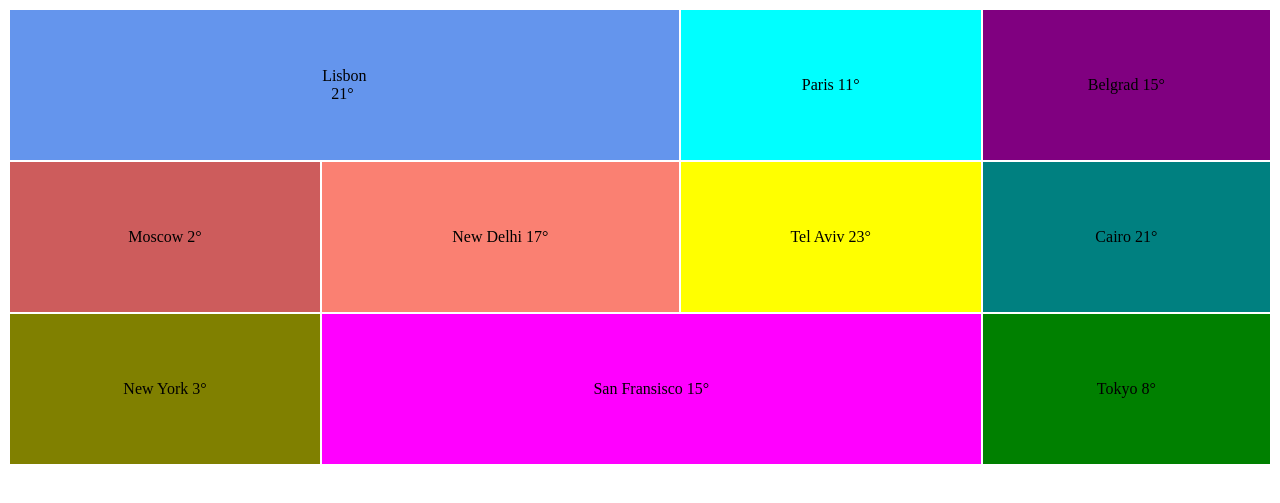
Repository: aysedo/html
Page: Week_2/index.html
An editor plug-in stored every save of this project. The page is shown before and after the next save, followed by the edit.
The browser window is 1280 px wide. The pictures show the whole page.

Above is the page before, as saved 2021-08-24 15:00:17.

### Week_2/index.html
<!DOCTYPE html>
<html lang="en">
  <head>
    <meta charset="UTF-8" />
    <meta http-equiv="X-UA-Compatible" content="IE=edge" />
    <meta name="viewport" content="width=device-width, initial-scale=1.0" />
    <title>Document</title>
  </head>
  <body>
    <table width="100%">
      <tr height="150">
        <td colspan="2" bgcolor="cornflowerblue" align="center">Lisbon <br />21° <img scr="img.png">
        </td>
        <td bgcolor="Aqua" align="center">Paris 11°</td>
        <td bgcolor="Purple" align="center">Belgrad 15°</td>
      </tr>
      <tr height="150">
        <td bgcolor="Indianred" align="center" >Moscow 2°</td>
        <td bgcolor="Salmon" align="center" >New Delhi 17°</td>
        <td bgcolor="Yellow" align="center" >Tel Aviv 23°</td>
        <td bgcolor="Teal" align="center" >Cairo 21°</td>
      </tr>
      <tr height="150">
        <td bgcolor="Olive" align="center">New York 3°</td>
        <td colspan="2" bgcolor="Fuchsia" align="center" >San Fransisco 15°</td>
        <td bgcolor="Green" align="center" >Tokyo 8°</td>
      </tr>
    </table>
  </body>
</html>

After the next save:
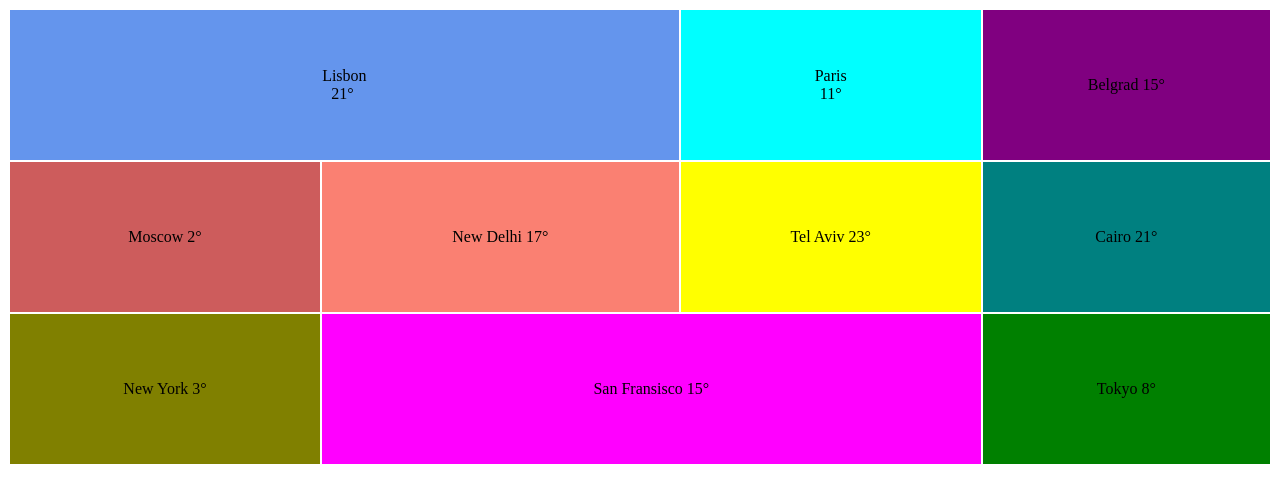
Saved 25 s later.
--- a/Week_2/index.html
+++ b/Week_2/index.html
@@ -11,7 +11,7 @@
       <tr height="150">
         <td colspan="2" bgcolor="cornflowerblue" align="center">Lisbon <br />21° <img scr="img.png">
         </td>
-        <td bgcolor="Aqua" align="center">Paris 11°</td>
+        <td bgcolor="Aqua" align="center">Paris <br /> 11°</td>
         <td bgcolor="Purple" align="center">Belgrad 15°</td>
       </tr>
       <tr height="150">
